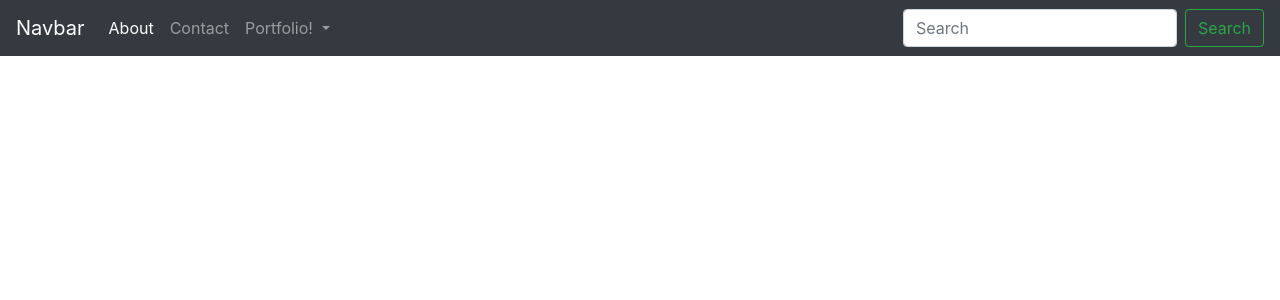
Repository: LiamB123/LiamBrowne.com.github.io
Page: index.html
The author's editor kept a record of every edit. The page is drawn from the files as they stood at one moment, then again after the next edit.
The browser window is 1280 px wide. The pictures show the whole page.

Above is the page before.

After the next edit:
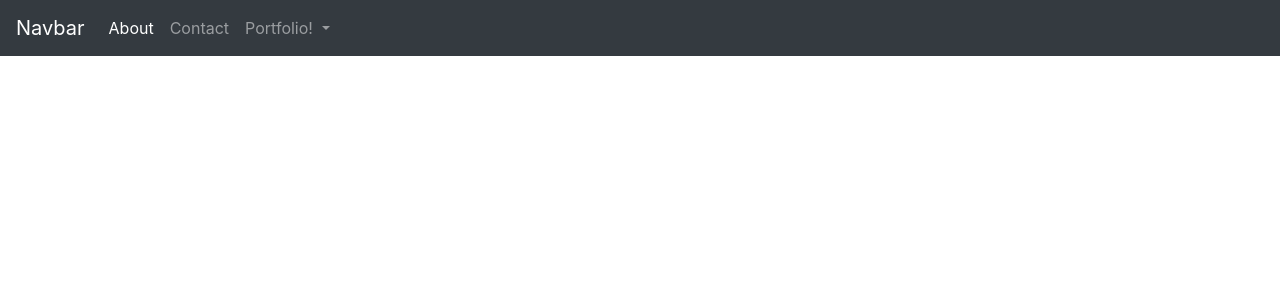
The edit:
--- a/index.html
+++ b/index.html
@@ -49,10 +49,7 @@
         </div>
       </li>
     </ul>
-    <form class="form-inline my-2 my-lg-0">
-      <input class="form-control mr-sm-2" type="search" placeholder="Search" aria-label="Search">
-      <button class="btn btn-outline-success my-2 my-sm-0" type="submit">Search</button>
-    </form>
+
   </div>
 </nav>
 </body>
